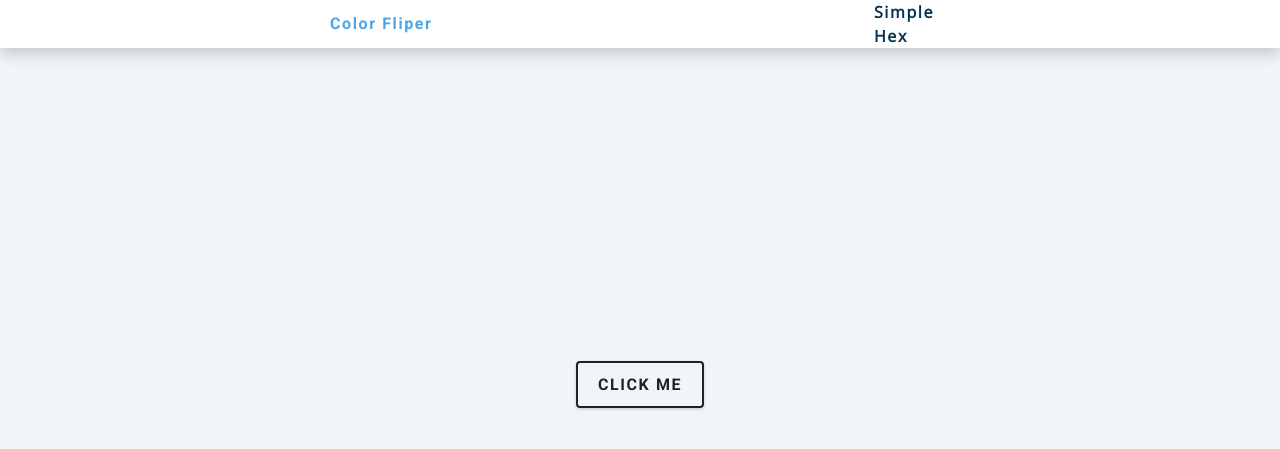
Repository: hseunghwan/practice-vanilla-javascript
Page: index.html
These files come from the project's save history. The page is drawn as it stood at one moment and after the next save; the edit follows.
The browser window is 1280 px wide. The pictures show the whole page.

Above is the page before, as saved 2023-05-08 22:16:26.

### index.html
<!DOCTYPE html>
<html>
    <head>
        <meta charset="utf-8" />
        <title>color fliper</title>
        <link href="styles.css" rel="stylesheet" />
    </head>
    <body>
        <nav>
            <div class="nav-center">
                <h4>color fliper</h4>
                <ul>
                    <li>
                        <a href="index.html">simple</a>
                    </li>
                    <li>
                        <a href="hex.html">hex</a>
                    </li>
                </ul>
            </div>
        </nav>
        <main>
            <div class="container">
                <button class="btn btn-hero" id="btn">click me</button>
            </div>
        </main>
    </body>
</html>

### styles.css
/*
===============
Fonts
===============
*/
@import url("https://fonts.googleapis.com/css?family=Open+Sans|Roboto:400,700&display=swap");

/*
===============
Variables
===============
*/

:root {
    /* dark shades of primary color*/
    --clr-primary-1: hsl(205, 86%, 17%);
    --clr-primary-2: hsl(205, 77%, 27%);
    --clr-primary-3: hsl(205, 72%, 37%);
    --clr-primary-4: hsl(205, 63%, 48%);
    /* primary/main color */
    --clr-primary-5: hsl(205, 78%, 60%);
    /* lighter shades of primary color */
    --clr-primary-6: hsl(205, 89%, 70%);
    --clr-primary-7: hsl(205, 90%, 76%);
    --clr-primary-8: hsl(205, 86%, 81%);
    --clr-primary-9: hsl(205, 90%, 88%);
    --clr-primary-10: hsl(205, 100%, 96%);
    /* darkest grey - used for headings */
    --clr-grey-1: hsl(209, 61%, 16%);
    --clr-grey-2: hsl(211, 39%, 23%);
    --clr-grey-3: hsl(209, 34%, 30%);
    --clr-grey-4: hsl(209, 28%, 39%);
    /* grey used for paragraphs */
    --clr-grey-5: hsl(210, 22%, 49%);
    --clr-grey-6: hsl(209, 23%, 60%);
    --clr-grey-7: hsl(211, 27%, 70%);
    --clr-grey-8: hsl(210, 31%, 80%);
    --clr-grey-9: hsl(212, 33%, 89%);
    --clr-grey-10: hsl(210, 36%, 96%);
    --clr-white: #fff;
    --clr-red-dark: hsl(360, 67%, 44%);
    --clr-red-light: hsl(360, 71%, 66%);
    --clr-green-dark: hsl(125, 67%, 44%);
    --clr-green-light: hsl(125, 71%, 66%);
    --clr-black: #222;
    --ff-primary: "Roboto", sans-serif;
    --ff-secondary: "Open Sans", sans-serif;
    --transition: all 0.3s linear;
    --spacing: 0.1rem;
    --radius: 0.25rem;
    --light-shadow: 0 5px 15px rgba(0, 0, 0, 0.1);
    --dark-shadow: 0 5px 15px rgba(0, 0, 0, 0.2);
    --max-width: 1170px;
    --fixed-width: 620px;
}
/*
===============
Global Styles
===============
*/

*,
::after,
::before {
    margin: 0;
    padding: 0;
    box-sizing: border-box;
}
body {
    font-family: var(--ff-secondary);
    background: var(--clr-grey-10);
    color: var(--clr-grey-1);
    line-height: 1.5;
    font-size: 0.875rem;
}
ul {
    list-style-type: none;
}
a {
    text-decoration: none;
}
h1,
h2,
h3,
h4 {
    letter-spacing: var(--spacing);
    text-transform: capitalize;
    line-height: 1.25;
    margin-bottom: 0.75rem;
    font-family: var(--ff-primary);
}
h1 {
    font-size: 3rem;
}
h2 {
    font-size: 2rem;
}
h3 {
    font-size: 1.25rem;
}
h4 {
    font-size: 0.875rem;
}
p {
    margin-bottom: 1.25rem;
    color: var(--clr-grey-5);
}
@media screen and (min-width: 800px) {
    h1 {
        font-size: 4rem;
    }
    h2 {
        font-size: 2.5rem;
    }
    h3 {
        font-size: 1.75rem;
    }
    h4 {
        font-size: 1rem;
    }
    body {
        font-size: 1rem;
    }
    h1,
    h2,
    h3,
    h4 {
        line-height: 1;
    }
}
/*  global classes */

/* section */
.section {
    padding: 5rem 0;
}

.section-center {
    width: 90vw;
    margin: 0 auto;
    max-width: 1170px;
}
@media screen and (min-width: 992px) {
    .section-center {
        width: 95vw;
    }
}
main {
    min-height: 100vh;
    display: grid;
    place-items: center;
}

/*
===============
Nav
===============
*/
nav {
    background: var(--clr-white);
    height: 3rem;
    display: grid;
    align-items: center;
    box-shadow: var(--dark-shadow);
}
.nav-center {
    width: 90vw;
    max-width: var(--fixed-width);
    margin: 0 auto;
    display: flex;
    align-items: center;
    justify-content: space-between;
}
.nav-center h4 {
    margin-bottom: 0;
    color: var(--clr-primary-5);
}
.nav-links {
    display: flex;
}
nav a {
    text-transform: capitalize;
    font-weight: 700;
    font-size: 1rem;
    color: var(--clr-primary-1);
    letter-spacing: var(--spacing);
    margin-right: 1rem;
}
nav a:hover {
    color: var(--clr-primary-5);
}
/*
===============
Container
===============
*/
main {
    min-height: calc(100vh - 3rem);
    display: grid;
    place-items: center;
}
.container {
    text-align: center;
}
.container h2 {
    background: var(--clr-black);
    color: var(--clr-white);
    padding: 1rem;
    border-radius: var(--radius);
    margin-bottom: 2.5rem;
}
.color {
    color: var(--clr-primary-5);
}
.btn-hero {
    font-family: var(--ff-primary);
    text-transform: uppercase;
    background: transparent;
    color: var(--clr-black);
    letter-spacing: var(--spacing);
    display: inline-block;
    font-weight: 700;
    transition: var(--transition);
    border: 2px solid var(--clr-black);
    cursor: pointer;
    box-shadow: 0 1px 3px rgba(0, 0, 0, 0.2);
    border-radius: var(--radius);
    font-size: 1rem;
    padding: 0.75rem 1.25rem;
}
.btn-hero:hover {
    color: var(--clr-white);
    background: var(--clr-black);
}

After the next save:
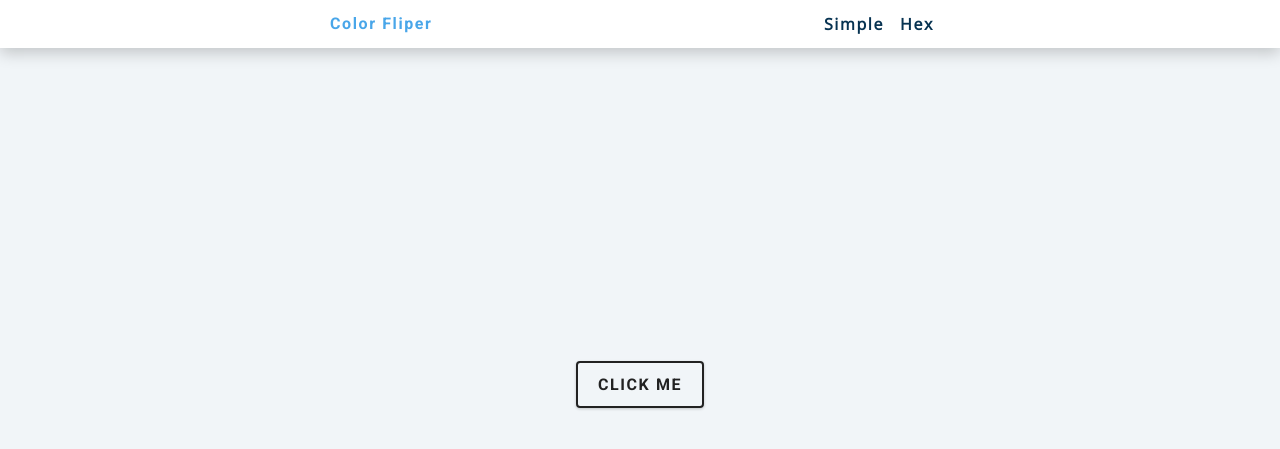
Saved 56 s later.
--- a/index.html
+++ b/index.html
@@ -9,7 +9,7 @@
         <nav>
             <div class="nav-center">
                 <h4>color fliper</h4>
-                <ul>
+                <ul class="nav-links">
                     <li>
                         <a href="index.html">simple</a>
                     </li>
